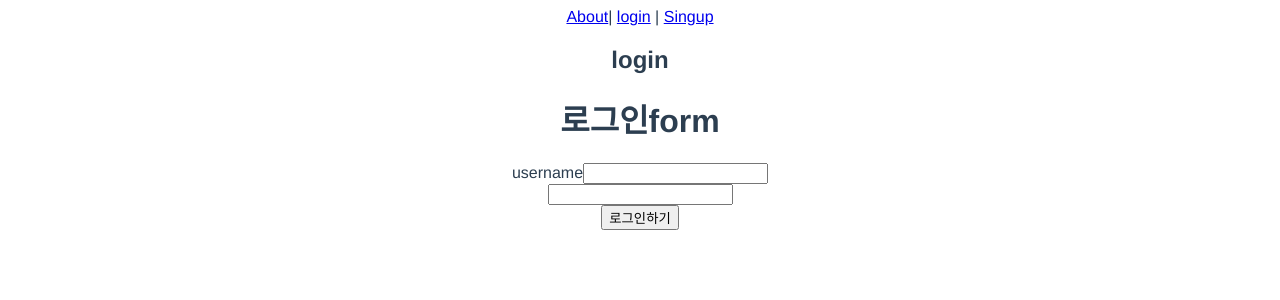
Repository: HeeJeong0718/captin
Page: /
These files come from the project's save history. The page is drawn as it stood at one moment and after the next save; the edit follows.
The browser window is 1280 px wide. The pictures show the whole page.
The project was rebuilt for these pictures with package versions that can differ from the ones it lists, and the page was loaded fresh each time. Also part of the build but not shown: vue.config.js.

Above is the page before, as saved 2022-04-23 19:16:48.

After the next save:
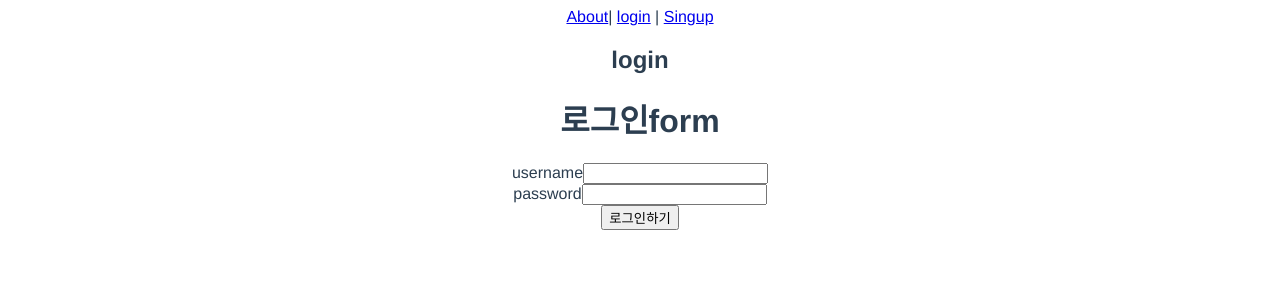
Saved 96 s later.
--- a/src/components/LoginForm.vue
+++ b/src/components/LoginForm.vue
@@ -1,14 +1,14 @@
 <template>
    <div>
        <h1>로그인form</h1>
-     <form>
+     <form @submit.prevent="submitForm">
       <div>
           <label for="username">username</label>
-          <input type="text"  id="username">
+          <input type="text"  id="username" v-model="username">
       </div>
       <div>
-          <label for="password"></label>
-          <input type="text" id="password">
+          <label for="password">password</label>
+          <input type="text" id="password" v-model="password">
       </div>
       <button type="submit">로그인하기</button>
    </form>
@@ -18,7 +18,17 @@
 
 <script>
 export default {
+    data(){
+        return{
+            username :' ',
+            password : ' ',
+        }
+    },
+   methods:{
+       submitForm(){
 
+       }
+   }
 }
 </script>
 
